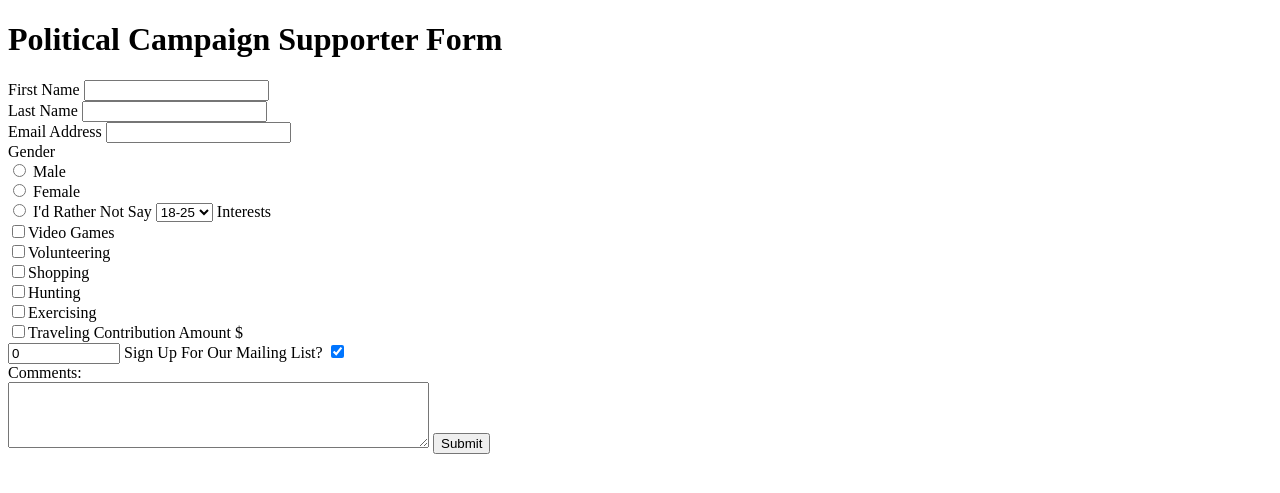
Repository: ryanaanderson0/COSW30
Page: Homework/Homework2/contact.html
The author's editor kept a record of every edit. The page is drawn from the files as they stood at one moment, then again after the next edit.
The browser window is 1280 px wide. The pictures show the whole page.

Above is the page before.

### Homework/Homework2/contact.html
<!DOCTYPE html>
<html>
    <meta charset="utf-8">
    <head>
        <title>Homework 2:Political Campaign Supporter Form</title>
    </head>
    <body>
        <h1>Political Campaign Supporter Form</h1>

        <form method="POST" action="process_contact.php">

        <label>First Name</label>
        <input type="text" id="first_name" name="first_name" required><br>

        <label>Last Name</label>
        <input type="text" id="last_name" name="last_name" required> <br>

        <label>Email Address</label>
        <input type="email" id="email" name="email" required> <br>

        <label>Gender</label> <br>
        <input type="radio" id="gender" name="gender" value="male" required> Male<br>
        <input type="radio" id="gender" name="gender" value="Female" required> Female<br>
        <input type="radio" id="gender" name="gender" value="Unspecified" required> I'd Rather Not Say

        <select id="age" required><br>
            <option value="18-25" name="age1">18-25</option>
            <option value="26-35">26-35</option>
            <option value="35-45">35-45</option>
            <option value="46+">46+</option>
        </select>

        <label>Interests</label><br>
        <input type="checkbox" id="interests" name="interest[]" value="video_games">Video Games<br>
        <input type="checkbox" id="interests" name="interest[]" value="volunteering">Volunteering<br>
        <input type="checkbox" id="interests" name="interest[]" value="shopping">Shopping<br>
        <input type="checkbox" id="interests" name="interest[]" value="hunting">Hunting<br>
        <input type="checkbox" id="interests" name="interest[]" value="exercising">Exercising<br>
        <input type="checkbox" id="interests" name="interest[]" value="traveling">Traveling

        <label>Contribution Amount $</label><br>
        <input type="number" id="contribution" name="quantity" min="0" max="100000000" value="0">

        <label>Sign Up For Our Mailing List?</label>
        <input type="checkbox" id="mailing_list" name="mailing_list" value="yes" checked><br>

        <label>Comments:</label><br>
        <textarea rows="4" cols="50" name="comments">
        </textarea>

        <button>Submit</button>



        </form>
    </body>
</html>

After the next edit:
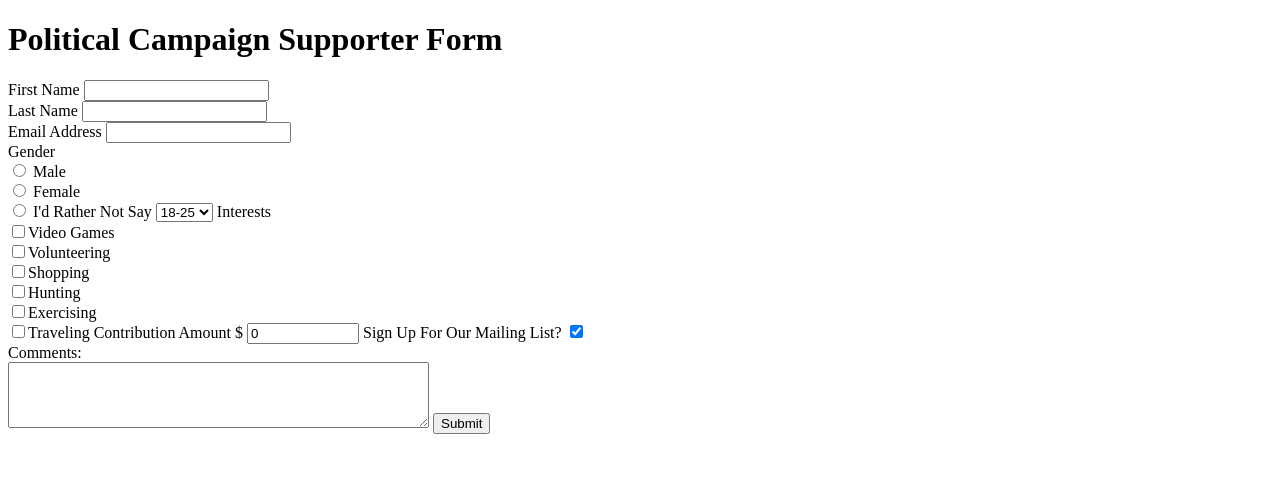
The edit:
--- a/Homework/Homework2/contact.html
+++ b/Homework/Homework2/contact.html
@@ -38,7 +38,7 @@
         <input type="checkbox" id="interests" name="interest[]" value="exercising">Exercising<br>
         <input type="checkbox" id="interests" name="interest[]" value="traveling">Traveling
 
-        <label>Contribution Amount $</label><br>
+        <label>Contribution Amount $</label>
         <input type="number" id="contribution" name="quantity" min="0" max="100000000" value="0">
 
         <label>Sign Up For Our Mailing List?</label>
